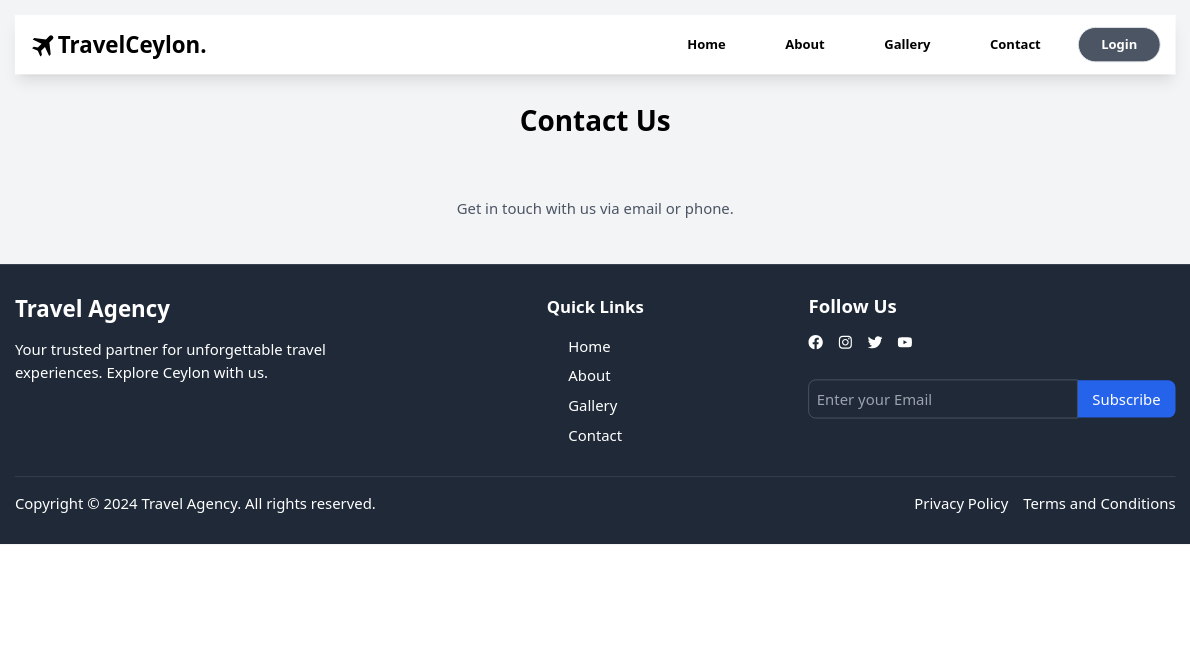
Repository: thisara199/Travel-Agency-Website
Page: /contact
An editor plug-in stored every save of this project. The page is shown before and after the next save, followed by the edit.
The browser window is 1280 px wide. The pictures show the whole page, at 93% of full size.
The project was rebuilt for these pictures with package versions that can differ from the ones it lists, and the page was loaded fresh each time. Also part of the build but not shown: vite.config.js, src/components/HeroSection/HeroSection.jsx, src/components/FeaturedDestination/FeaturedDestination.jsx, src/components/Testimonials/Testimonials.jsx, src/components/Banner/Banner.jsx, src/pages/Home.jsx, src/components/TeamMembers/TeamMembers.jsx, src/pages/About.jsx.

Above is the page before, as saved 2024-09-04 19:41:12.

After the next save:
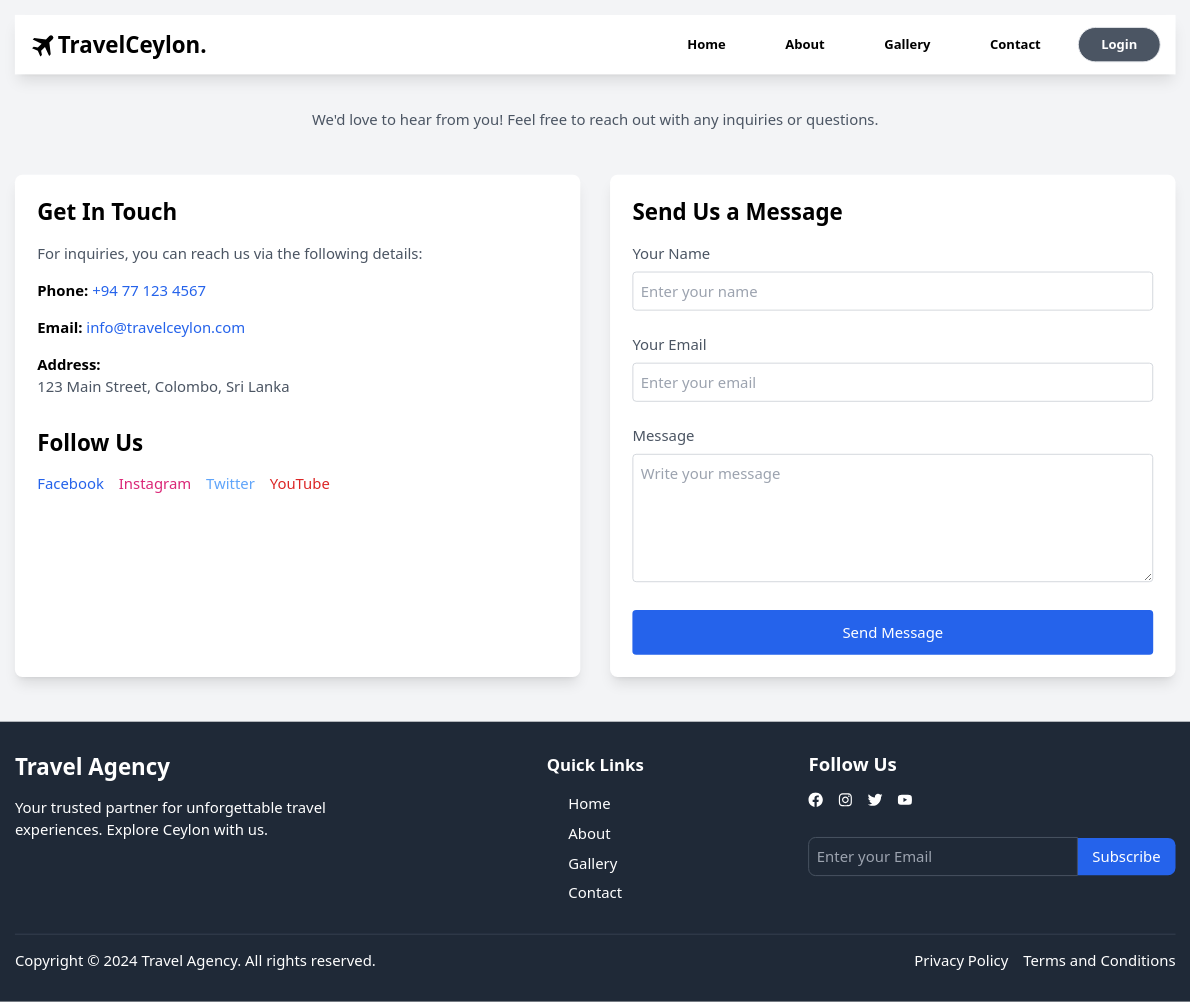
Saved 79 s later.
--- a/src/pages/Contact.jsx
+++ b/src/pages/Contact.jsx
@@ -1,14 +1,66 @@
-
-
 const Contact = () => {
   return (
     <div className="py-12 bg-gray-100">
-        <div className="container px-4 mx-auto">
-            <h2 className="my-16 text-3xl font-bold text-center">Contact Us</h2>
-            <p className="text-center text-gray-600 ">Get in touch with us via email or phone.</p>
+      <div className="container px-4 mx-auto">
+        <h2 className="mb-8 text-3xl font-bold text-center">Contact Us</h2>
+        <p className="mb-12 text-center text-gray-600">We'd love to hear from you! Feel free to reach out with any inquiries or questions.</p>
+
+        <div className="grid gap-8 md:grid-cols-2">
+          {/* Contact Details */}
+          <div className="p-6 bg-white rounded-lg shadow-lg">
+            <h3 className="mb-4 text-2xl font-semibold">Get In Touch</h3>
+            <p className="mb-4 text-gray-600">For inquiries, you can reach us via the following details:</p>
+            <ul>
+              <li className="mb-4">
+                <strong>Phone:</strong> <a href="tel:+94-771234567" className="text-blue-600 hover:underline">+94 77 123 4567</a>
+              </li>
+              <li className="mb-4">
+                <strong>Email:</strong> <a href="mailto:info@travelceylon.com" className="text-blue-600 hover:underline">info@travelceylon.com</a>
+              </li>
+              <li className="mb-4">
+                <strong>Address:</strong> <p className="text-gray-600">123 Main Street, Colombo, Sri Lanka</p>
+              </li>
+            </ul>
+            <h3 className="mt-8 mb-4 text-2xl font-semibold">Follow Us</h3>
+            <div className="flex space-x-4">
+              <a href="https://facebook.com" target="_blank" rel="noopener noreferrer" className="text-blue-600 hover:text-blue-800">
+                <i className="fab fa-facebook-f"></i> Facebook
+              </a>
+              <a href="https://instagram.com" target="_blank" rel="noopener noreferrer" className="text-pink-600 hover:text-pink-800">
+                <i className="fab fa-instagram"></i> Instagram
+              </a>
+              <a href="https://twitter.com" target="_blank" rel="noopener noreferrer" className="text-blue-400 hover:text-blue-600">
+                <i className="fab fa-twitter"></i> Twitter
+              </a>
+              <a href="https://youtube.com" target="_blank" rel="noopener noreferrer" className="text-red-600 hover:text-red-800">
+                <i className="fab fa-youtube"></i> YouTube
+              </a>
+            </div>
+          </div>
+
+          {/* Contact Form */}
+          <div className="p-6 bg-white rounded-lg shadow-lg">
+            <h3 className="mb-4 text-2xl font-semibold">Send Us a Message</h3>
+            <form action="" className="space-y-6">
+              <div>
+                <label className="block mb-2 text-gray-600">Your Name</label>
+                <input type="text" className="w-full p-2 border border-gray-300 rounded" placeholder="Enter your name" required />
+              </div>
+              <div>
+                <label className="block mb-2 text-gray-600">Your Email</label>
+                <input type="email" className="w-full p-2 border border-gray-300 rounded" placeholder="Enter your email" required />
+              </div>
+              <div>
+                <label className="block mb-2 text-gray-600">Message</label>
+                <textarea className="w-full p-2 border border-gray-300 rounded" rows="5" placeholder="Write your message" required></textarea>
+              </div>
+              <button type="submit" className="w-full py-3 text-white bg-blue-600 rounded hover:bg-blue-800">Send Message</button>
+            </form>
+          </div>
         </div>
+      </div>
     </div>
-  )
+  );
 }
 
-export default Contact
+export default Contact;
